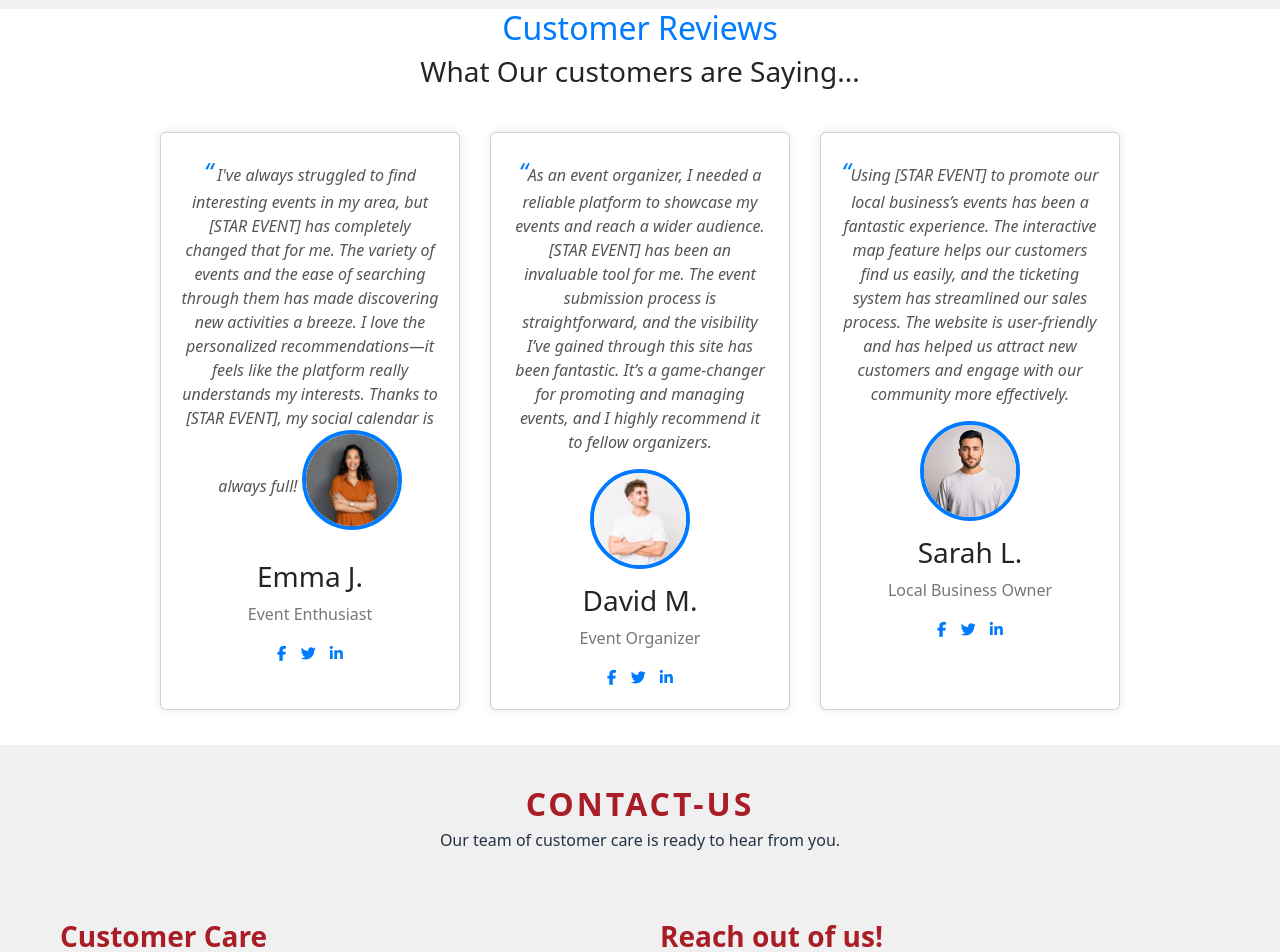
Repository: SharonSebastian32/Event-Management-System-
Page: index.html
An editor plug-in stored every save of this project. The page is shown before and after the next save, followed by the edit.
The browser window is 1280 px wide. The pictures show the part of the page from y = 4331 to 5283 px (the page is 8723 px tall).
A picture or video elsewhere on the page could not be fetched, so the positions and the page height are approximate. Some web libraries are served in a nearby version.

Above is the page before, as saved 2024-09-07 09:41:50.
Not found: assets/css/ContactUs.css

### index.html
<!DOCTYPE html>
<html lang="en">
  <head>
    <meta charset="UTF-8" />
    <meta name="viewport" content="width=device-width, initial-scale=1.0" />
    <link rel="icon" type="image/x-icon" href="./Assets/images/aa.png" />
    <title>Star Events</title>
    <link
      rel="stylesheet"
      href="https://cdnjs.cloudflare.com/ajax/libs/font-awesome/5.15.4/css/all.min.css"
    />
    <link rel="stylesheet" href="./Css/Styles.css" />

    <!-- conatct us  style -->
    <link rel="stylesheet" href="/assets/css/ContactUs.css" />
    <link
      href="https://cdn.jsdelivr.net/npm/bootstrap@5.3.0/dist/css/bootstrap.min.css"
      rel="stylesheet"
    />

    <!-- footer link  style   -->
    <link
      rel="stylesheet"
      href="https://cdnjs.cloudflare.com/ajax/libs/font-awesome/6.6.0/css/all.min.css"
      integrity="sha512-Kc323vGBEqzTmouAECnVceyQqyqdsSiqLQISBL29aUW4U/M7pSPA/gEUZQqv1cwx4OnYxTxve5UMg5GT6L4JJg=="
      crossorigin="anonymous"
      referrerpolicy="no-referrer"
    />
    <link href="https://cdn.jsdelivr.net/npm/bootstrap@5.3.0/dist/css/bootstrap.min.css" rel="stylesheet" />


    <!-- upcoming events  -->
      <link href="https://cdn.jsdelivr.net/npm/bootstrap@5.3.0-alpha1/dist/css/bootstrap.min.css" rel="stylesheet">

  </head>
  <body>
    <!-- hero section start -->
    <nav>
      <div class="nav-container">
        <div class="logo">
          <a href="#home">
            <img src="./Assets/images/aa.png" alt="Event Management Logo" />
          </a>
        </div>
        <ul class="nav-links">
          <li><a href="#home">HOME</a></li>
          <li><a href="#about">ABOUT US</a></li>
          <li><a href="#events">EVENTS</a></li>
          <li><a href="#services">SERVICES</a></li>
          <li><a href="#partners us">PARTNERS US</a></li>
          <li><a href="#Gallary">GALLERY</a></li>
          <li><a href="#contact-us">CONTACT US</a></li>
        </ul>
        <div class="sign-in">
          <a href="#login">SIGN IN</a>
        </div>
      </div>
    </nav>

    <!-- Section for Event Management Video -->
    <section class="video-section">
      <video autoplay muted loop>
        <source src="./Assets/videos/aa.mp4" type="video/mp4" />
        Your browser does not support the video tag.
      </video>
    </section>

    <!-- hero section end -->

    <!-- about us section  start-->
    <section id="about" class="about-us-section">
      <div class="about-container">
        <div class="about-text">
          <h2>ABOUT US</h2>
          <p>
            We are a leading event management company specializing in creating
            unforgettable experiences for our clients. With a team of passionate
            professionals, we bring ideas to life and turn your vision into
            reality.
          </p>
          <p>
            Whether it’s a corporate event, wedding, or private celebration, our
            attention to detail and personalized approach ensures that every
            event is a success.
          </p>
        </div>
        <div class="about-image">
          <img src="./Assets/images/about-us.jpg" alt="About Us" />
        </div>
      </div>
    </section>
    <!-- about us section  ends-->

    <!-- events section start -->
<center>
        <h1 style="font-size: 45px; color: #a91d26" data-aos="zoom-in">
          Events
        </h1>
        <form class="search-form" data-aos="flip-down">
          <input
            type="text"
            name="search"
            id="search"
            placeholder="Search events by name, category, price"
            data-aos="flip-down"
          />
          <button type="submit">Search</button>
        </form>
</center>
 <section id="events">
    <div class="event-wrapper">
        <div class="event-container" id="event-container">
            <!-- Event cards will be injected here by JavaScript -->
        </div>
        <div class="upcoming-events" id="upcoming-events">
          <center><h1>Upcoming Events</h1></center>

         </div>
    </div>

    <div id="event-model" class="model">
        <div class="model-content">
            <span class="close">&times;</span>
            <h2>Event Details</h2>
            <p id="event-description">Details will be displayed here.</p>
            <br />
            <a href="https://sharonsebastian32.github.io/razorpaypaymentgateway_implementation/" target="_blank">
                <button class="view-details-btn-1">Book Event </button>
            </a>
        </div>
    </div>
</section>


    <!-- events section end -->

    <!-- partner with us  start-->
    <div class="container-fluid our_partner" style="background-color: rgb(241, 241, 241);">
      <center>
        <h2 style="color: #a91d26; font-family: cursive;">OUR-PARTNERS</h2>
        <h6>Brands That Trust Us</h6>
       </center>
            <div class="row partners">
                <div class="partner_section">

                    <div class="col-md-3 card_section">
                        <div class="partner_card">
                            <img src="./Assets/images/partner1.jpg" alt="OurPartner" />
                        </div>
                    </div>
                    <div class="col-md-3 card_section">
                        <div class="partner_card">
                            <img src="./Assets/images/partner2.jpg" alt="OurPartner" />
                        </div>
                    </div>
                    <div class="col-md-3 card_section">
                        <div class="partner_card">
                            <img src="./Assets/images/partner3.jpg" alt="OurPartner" />
                        </div>
                    </div>
                    <div class="col-md-3 card_section">
                        <div class="partner_card">
                            <img src="./Assets/images/partner4.jpg" alt="OurPartner" />
                        </div>
                    </div>

                </div>
            </div>
        </div>
        </div>


    <!-- partner with us  start-->



  <!-- customer review start -->


    <div class="Testimonials-card">
      <h2>Customer Reviews</h2>
      <h3>What Our customers are Saying...</h3>
    </div>
    <div class="Testimonial-container">
      <div class="card">
        <div class="content">
          <p class="quote">
            <span class="quote-symbol">“</span>
            I've always struggled to find interesting events in my area, but
            [STAR EVENT] has completely changed that for
            me. The variety of events and the ease of searching through them has
            made discovering new activities a breeze. I love the personalized
            recommendations—it feels like the platform really understands my
            interests. Thanks to [STAR EVENT], my social
            calendar is always full!
          <img src="./Assets/images/img4.jpg" class="profile" alt="Emma J." />
          <h3>Emma J.</h3>
          <p class="role">Event Enthusiast</p>
          <div class="social-icons">
            <a href="https://www.facebook.com" target="_blank" aria-label="Facebook"><i class="fab fa-facebook-f"></i></a>
            <a href="https://twitter.com" target="_blank" aria-label="Twitter"><i class="fab fa-twitter"></i></a>
            <a href="https://www.linkedin.com" target="_blank" aria-label="LinkedIn"><i class="fab fa-linkedin-in"></i></a>
          </div>
        </div>
      </div>
      <div class="card">
        <div class="content">
          <p class="quote">
            <span class="quote-symbol">“</span>As an event organizer, I needed a reliable platform to showcase my
            events and reach a wider audience. [STAR EVENT]
            has been an invaluable tool for me. The event submission process is
            straightforward, and the visibility I’ve gained through this site
            has been fantastic. It’s a game-changer for promoting and managing
            events, and I highly recommend it to fellow organizers.
          </p>
          <img src="./Assets/images/img3.jpg" class="profile" alt="David M." />
          <h3>David M.</h3>
          <p class="role">Event Organizer</p>
          <div class="social-icons">
            <a href="https://www.facebook.com" target="_blank" aria-label="Facebook"><i class="fab fa-facebook-f"></i></a>
            <a href="https://twitter.com" target="_blank" aria-label="Twitter"><i class="fab fa-twitter"></i></a>
            <a href="https://www.linkedin.com" target="_blank" aria-label="LinkedIn"><i class="fab fa-linkedin-in"></i></a>
          </div>
        </div>
      </div>
      <div class="card">
        <div class="content">
          <p class="quote">
            <span class="quote-symbol">“</span>Using [STAR EVENT] to promote our local
            business’s events has been a fantastic experience. The interactive
            map feature helps our customers find us easily, and the ticketing
            system has streamlined our sales process. The website is
            user-friendly and has helped us attract new customers and engage
            with our community more effectively.
          </p>
          <img src="./Assets/images/imgg2.jpg" class="profile" alt="Sarah L." />
          <h3>Sarah L.</h3>
          <p class="role">Local Business Owner</p>
          <div class="social-icons">
            <a href="https://www.facebook.com" target="_blank" aria-label="Facebook"><i class="fab fa-facebook-f"></i></a>
            <a href="https://twitter.com" target="_blank" aria-label="Twitter"><i class="fab fa-twitter"></i></a>
            <a href="https://www.linkedin.com" target="_blank" aria-label="LinkedIn"><i class="fab fa-linkedin-in"></i></a>
          </div>
        </div>
      </div>
    </div>



     <!-- customer review start  -->





    <!-- conatct us section -->
    <div class="container-fluid contact_us" id="contact-us" style="background-color: rgb(240, 240, 240);" >
      <h2>CONTACT-US</h2>
      <h6>Our team of customer care is ready to hear from you.</h6>

      <div class="row main_section">
        <div class="col-md-6 section1">
          <h3>Customer Care</h3>
          <p>
            Not sure where to start? Need help adding that extra mojo to your
            landing page? Just visit our
            <span>hepl center</span> or get in touch with us:
          </p>
          <div class="customer_care">
            <div class="customer_care_profile">
              <div class="profile_img">
                <img src="./Assets/images/men.jpg" alt="customer_care" />
              </div>
              <div class="profile_details">
                <h5>John</h5>
                <h6>Customer Care Lead</h6>
                <p>+91 7484930837</p>
              </div>
            </div>
            <div class="customer_care_profile">
              <div class="profile_img">
                <img src="./Assets/images/women.jpg" alt="customer_care" />
              </div>
              <div class="profile_details">
                <h5>Elizabeth</h5>
                <h6>Customer Care</h6>
                <p>+91 748493083758</p>
              </div>
            </div>
          </div>
        </div>
        <div class="col-md-6 section2">
          <h3>Reach out of us!</h3>
          <p>
            Got a question about us? Are you intereseted in partnering with us?
            Have some suggestions or just want to say Hi? Contact Us:
          </p>
          <form action="">
            <input
              class="form-control"
              type="text"
              name="first_name"
              placeholder="First Name"
              required
            />
            <input
              class="form-control"
              type="text"
              name="last_name"
              placeholder="Last Name"
              required
            />
            <input
              class="form-control"
              type="email"
              name="email"
              placeholder="E-mail"
              required
            />
            <input
              class="form-control"
              type="tel"
              name="phone"
              placeholder="Phone Number"
              required
            />
            <textarea
              class="form-control"
              name="message"
              id=""
              rows="4"
              placeholder="Message"
            ></textarea>
            <button class="btn">SUBMIT</button>
          </form>
        </div>
      </div>
    </div>
    <!-- contact us section -->



<!-- Gallary section starts -->
   <section id="Gallary" style="background-color: rgb(255, 247, 247);">
      <h1 style="text-align: center; font-size: 48px; color: brown">Gallary</h1>
      <div class="gallery">
        <div>
          <img src="./Assets/images/pic1.jpg" alt="" />
        </div>
        <div class="v-stretch">
          <img src="./Assets/images/pic2.jpg" alt="" />
        </div>
        <div class="v-stretch">
          <img src="./Assets/images/pic3.jpg" alt="" />
        </div>
        <div class="">
          <img src="./Assets/images/pic4.jpg" alt="" />
        </div>
        <div class="">
          <img  src="./Assets/images/pic5.jpg" alt="" />
        </div>
        <div class="v-stretch">
          <img src="./Assets/images/pic6.jpg" alt="" />
        </div>
        <div class="big-stretch">
          <img src="./Assets/images/pic7.jpg" alt="" />
        </div>
        <div class="">
          <img src="./Assets/images/pic8.jpg" alt="" />
        </div>
        <div class="h-stretch">
          <img src="./Assets/images/pic9.jpg" alt="" />
        </div>
        <div class="">
          <img src="./Assets/images/pic10.jpg" alt="" />
        </div>
        <div class="">
          <img src="./Assets/images/pic11.jpg" alt="" />
        </div>
        <div class="">
          <img src="./Assets/images/pic12.jpg" alt="" />
        </div>
        <div class="v-stretch">
          <img src="./Assets/images/pic13.jpg" alt="" />
        </div>

        <div class="big-stretch">
          <img src="./Assets/images/pic14.jpg" alt="" />
        </div>
        <div class="">
          <img src="./Assets/images/pic15.jpg" alt="" />
        </div>
        <div class="h-stretch">
          <img src="./Assets/images/pic16.jpg"alt="" />
        </div>
        <div class="">
          <img src="./Assets/images/pic17.jpg" alt="" />
        </div>
        <div class="big-stretch">
          <img src="./Assets/images/pic18.jpg" alt="" />
        </div>
        <div class="">
          <img src="./Assets/images/pic19.jpg" alt="" />
        </div>
        <div class="">
          <img src="./Assets/images/pic20.jpg" alt="" />
        </div>
        <div class="">
          <img src="https://www.culturalindia.net/iliimages/Mohiniattam-1.jpg" alt="" />
        </div>
      </div>
    </section>

<!-- Gallary Section Ends -->
    <!-- footer section start -->
    <footer>
      <div class="container">
        <div class="row">
          <div class="col-md-3 footer-col">
            <h4>Star Events</h4>
            <p>
              Star Events is the number one event conducting company in Kerala.
              We are conducting many types of events all over the state since 15
              years and created 5000 above satisfied customers. Celebrate your
              moments with star events.
            </p>
          </div>

          <div class="col-md-3 footer-col">
            <h4>Links</h4>
            <ul>
              <li><a href="">Home</a></li>
              <li><a href="">About Us</a></li>
              <li><a href="">Events</a></li>
              <li><a href="">Services</a></li>
              <li><a href="">Partner Us</a></li>
              <li><a href="">Gallery</a></li>
              <li><a href="">Contact Us</a></li>
            </ul>
          </div>

          <div class="col-md-3 footer-col">
            <h4>Our Services</h4>
            <ul>
              <li>Event Booking</li>
              <li>Anchoring</li>
              <li>Catering</li>
              <li>Advertising</li>
              <li>Marketing</li>
            </ul>
          </div>

          <div class="col-md-3 footer-col">
            <h4>Your Feedback</h4>
            <form action="">
              <input
                type="text"
                placeholder="Enter your name"
                class="inputname"
              />
              <input
                type="email"
                placeholder="Enter your email id"
                class="inputemail"
              />
              <input
                type="text"
                placeholder="Write your feedback or suggestions"
                class="inputfs"
              />
              <input type="submit" value="SUBMIT" class="inputSubmit" />
            </form>
          </div>
        </div>
        <hr />
        <div class="row">
          <div class="col-md-6">
            <p>&#169; 2024 <b>Star Events</b>. All Rights Reserved</p>
          </div>

          <div class="col-md-6 text-md-end socialIcons">
            <a href=""><i class="fab fa-facebook"></i></a>
            <a href=""><i class="fab fa-instagram"></i></a>
            <a href=""><i class="fab fa-twitter"></i></a>
            <a href=""><i class="fab fa-youtube"></i></a>
            <a href=""><i class="fab fa-whatsapp"></i></a>
          </div>
        </div>
      </div>
    </footer>


<!-- upcomiong section  -->
  <script src="https://cdn.jsdelivr.net/npm/bootstrap@5.3.0-alpha1/dist/js/bootstrap.bundle.min.js"></script>
    <!-- footer setcion section end -->

    <script src="./Js/Scripts.js"></script>


    <!-- our partners -->
      <script src="https://cdn.jsdelivr.net/npm/bootstrap@5.3.0/dist/js/bootstrap.bundle.min.js"></script>
    <script src="https://cdn.jsdelivr.net/npm/bootstrap@5.3.0/dist/js/bootstrap.bundle.min.js"></script>
  </body>
</html>

Loaded but not shown: json/events.json (837 lines, source omitted); Js/Scripts.js (59 lines, source omitted); Css/Styles.css (919 lines, source omitted)

After the next save:
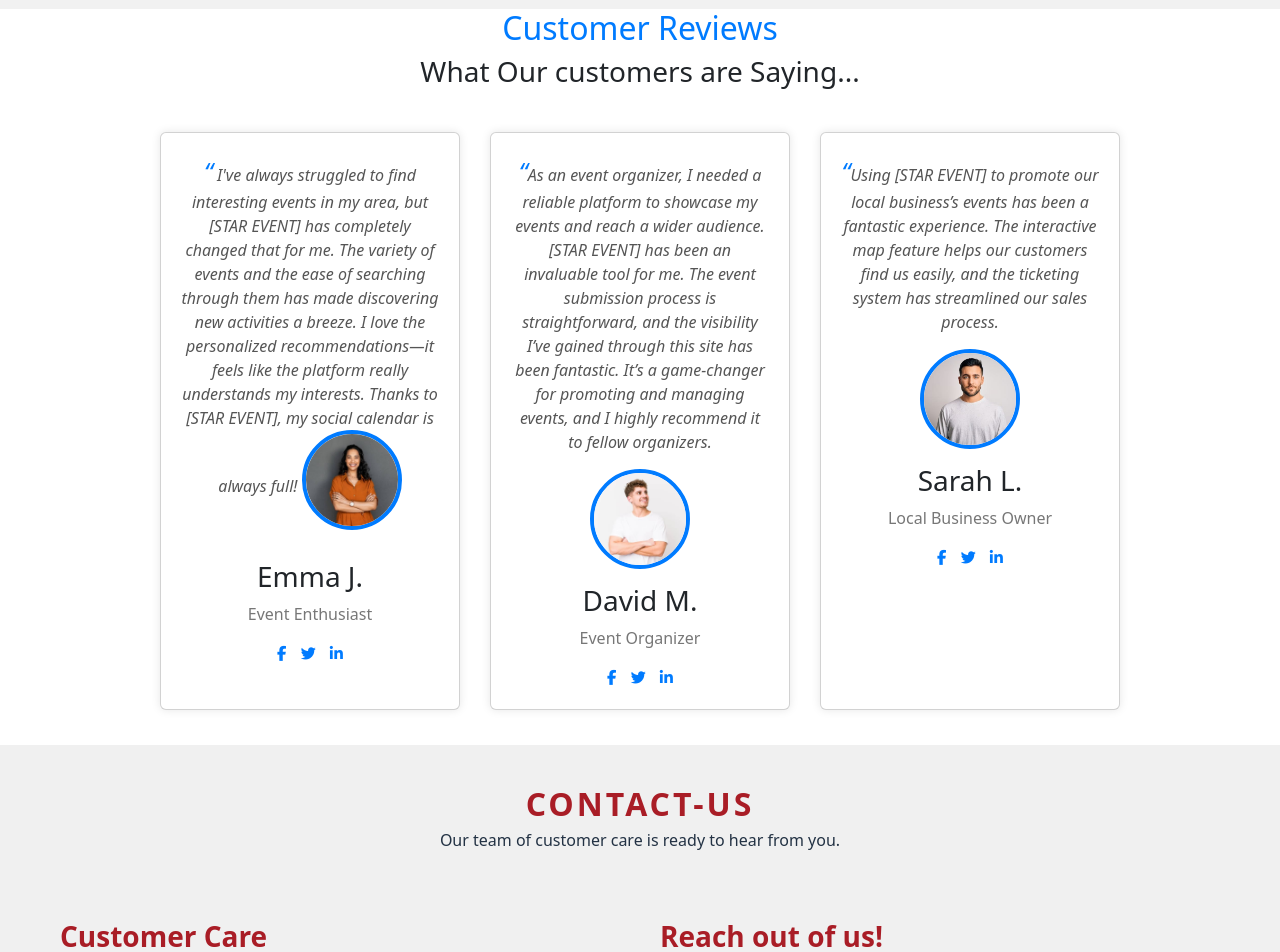
Saved 34 s later.
--- a/index.html
+++ b/index.html
@@ -229,9 +229,7 @@
             <span class="quote-symbol">“</span>Using [STAR EVENT] to promote our local
             business’s events has been a fantastic experience. The interactive
             map feature helps our customers find us easily, and the ticketing
-            system has streamlined our sales process. The website is
-            user-friendly and has helped us attract new customers and engage
-            with our community more effectively.
+            system has streamlined our sales process.
           </p>
           <img src="./Assets/images/imgg2.jpg" class="profile" alt="Sarah L." />
           <h3>Sarah L.</h3>
